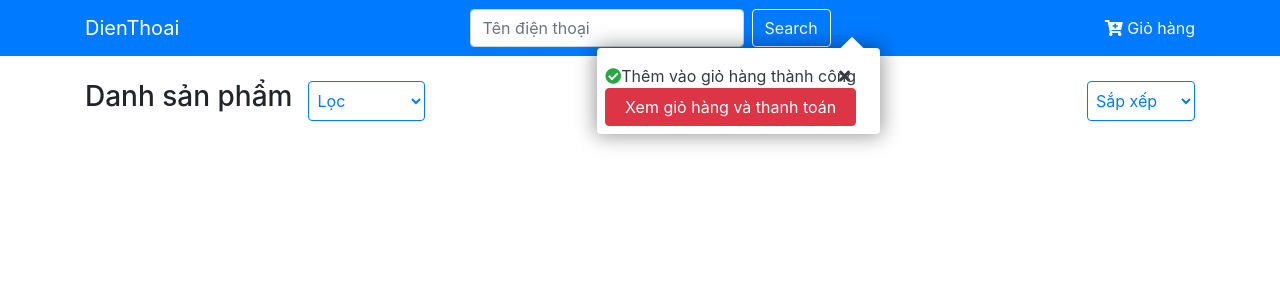
Repository: dovanthao2404/BC14_Bai_Tap_Ban_Dien_Thoai_dovanthao
Page: app/views/index.html
These files come from the project's save history. The page is drawn as it stood at one moment and after the next save; the edit follows.
The browser window is 1280 px wide. The pictures show the whole page.
Some web libraries are served in a nearby version. The style sheet was rebuilt from its Sass, Less or Tailwind sources for each picture, by a compiler version that may differ from the author's.

Above is the page before, as saved 2021-08-14 16:46:44.
Console error (its wording comes from the project's code and is left out).

After the next save:
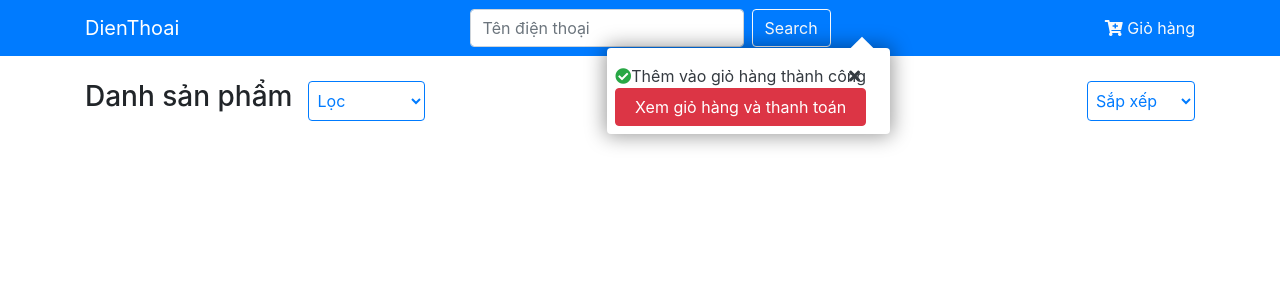
Saved 13 s later.
--- a/assets/scss/main.scss
+++ b/assets/scss/main.scss
@@ -23,7 +23,7 @@
 .notifiSuccess {
   position: absolute;
   top: 48px;
-  right: 400px;
+  right: 390px;
   box-shadow: 0 0 20px 2px rgba(0, 0, 0, 0.4);
   &:before {
     content: "";
